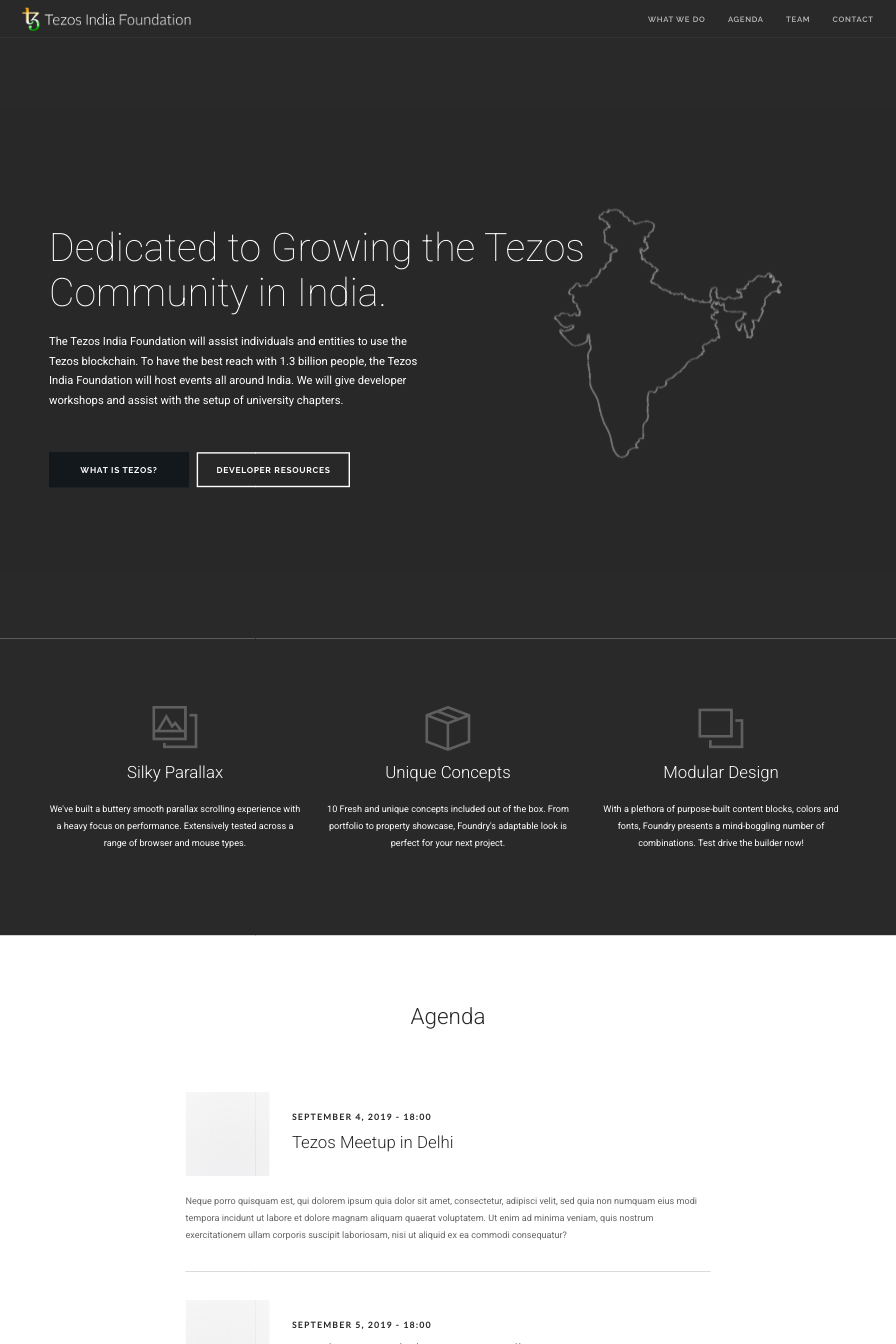
Repository: Tezos-India-Foundation/TIF-Website
Page: Tezos India Website/page.html
These files come from the project's save history. The page is drawn as it stood at one moment and after the next save; the edit follows.
The browser window is 1280 px wide. The pictures show the part of the page from y = 0 to 1920 px (the page is 3612 px tall before and 3793 px after), at 70% of full size.

Above is the page before, as saved 2019-08-09 13:59:56.

After the next save:
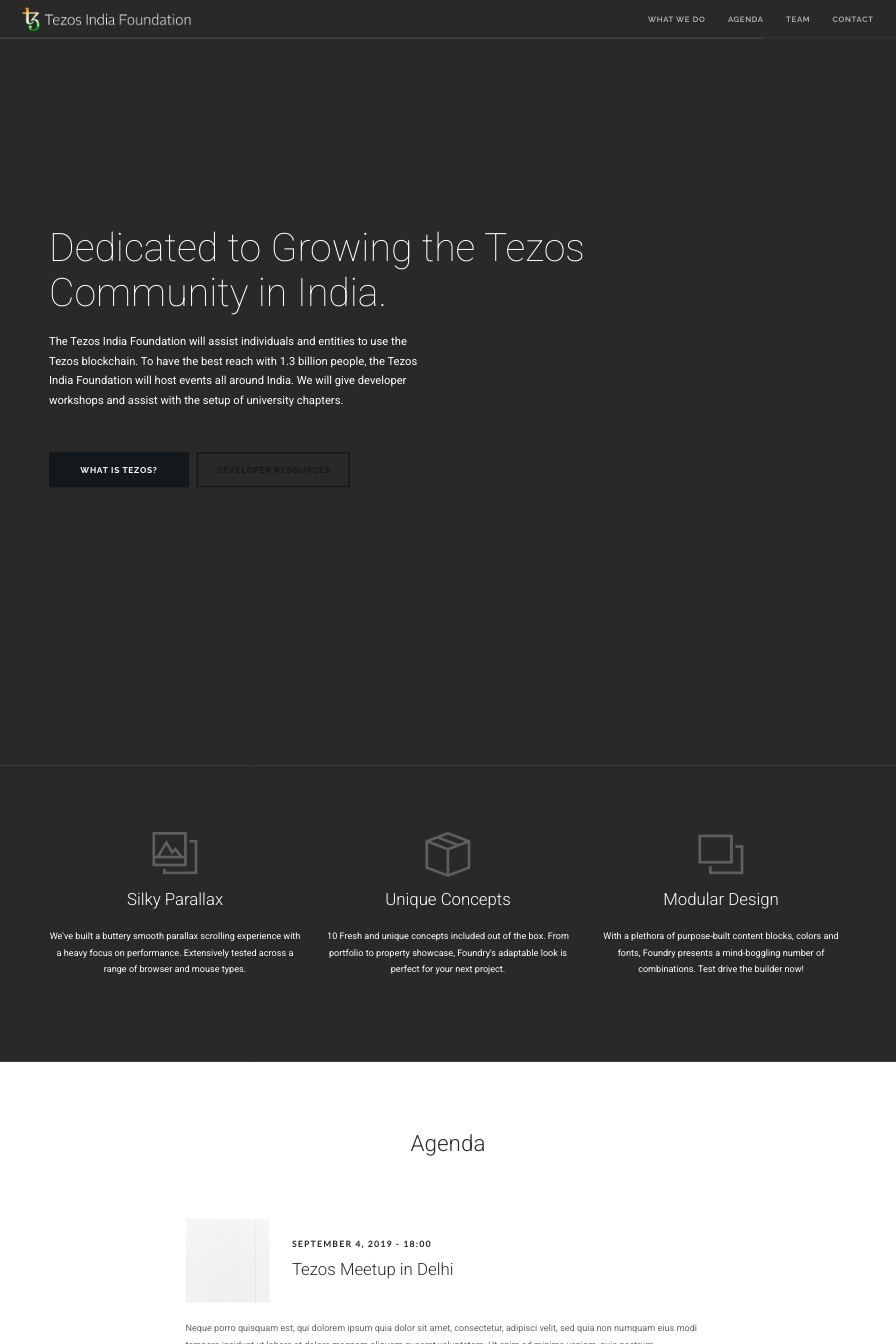
Saved 60 s later.
--- a/Tezos India Website/page.html
+++ b/Tezos India Website/page.html
@@ -86,10 +86,7 @@
 
 		</section> -->
 		<section class="bg-dark">
-				<section class="cover fullscreen image-bg overlay parallax">
-						<div class="background-image-holder">
-							<img alt="image" class="background-image" src="img/india-background.png">
-						</div>
+
 
 
 			<div class="container">
